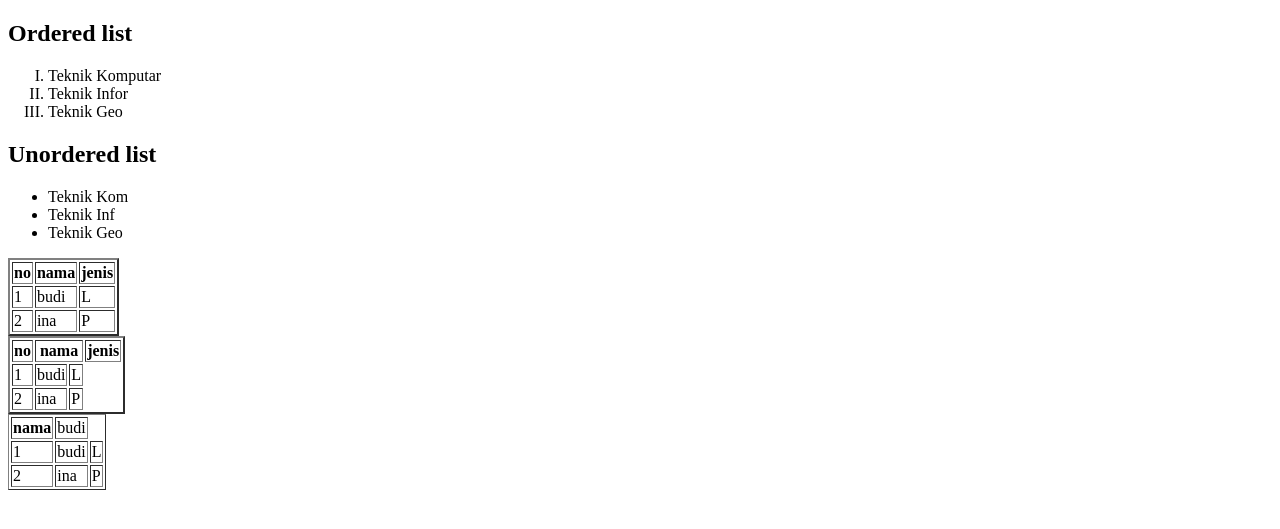
Repository: keyx-alt/pemrograman_web
Page: list.html
An editor plug-in stored every save of this project. The page is shown before and after the next save, followed by the edit.
The browser window is 1280 px wide. The pictures show the whole page.

Above is the page before, as saved 2026-04-16 14:02:23.

After the next save:
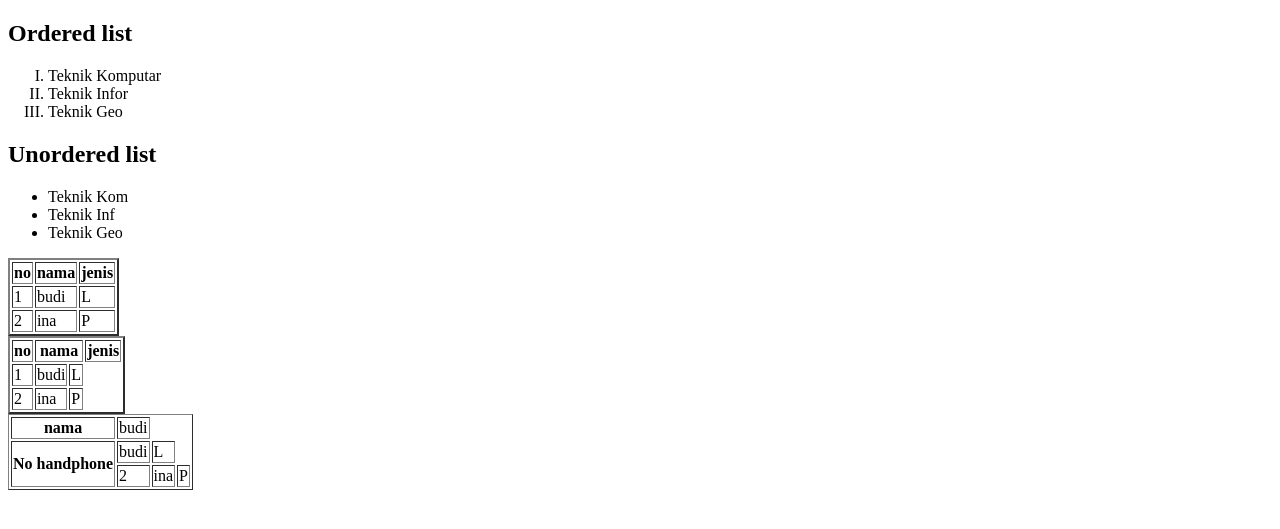
Saved 27 s later.
--- a/list.html
+++ b/list.html
@@ -64,7 +64,7 @@
             <td>budi</td>
         </tr>
         <tr>
-            <td>1</td>
+            <th rowspan="2">No handphone</th>
             <td>budi</td>
             <td>L</td>
         </tr>
